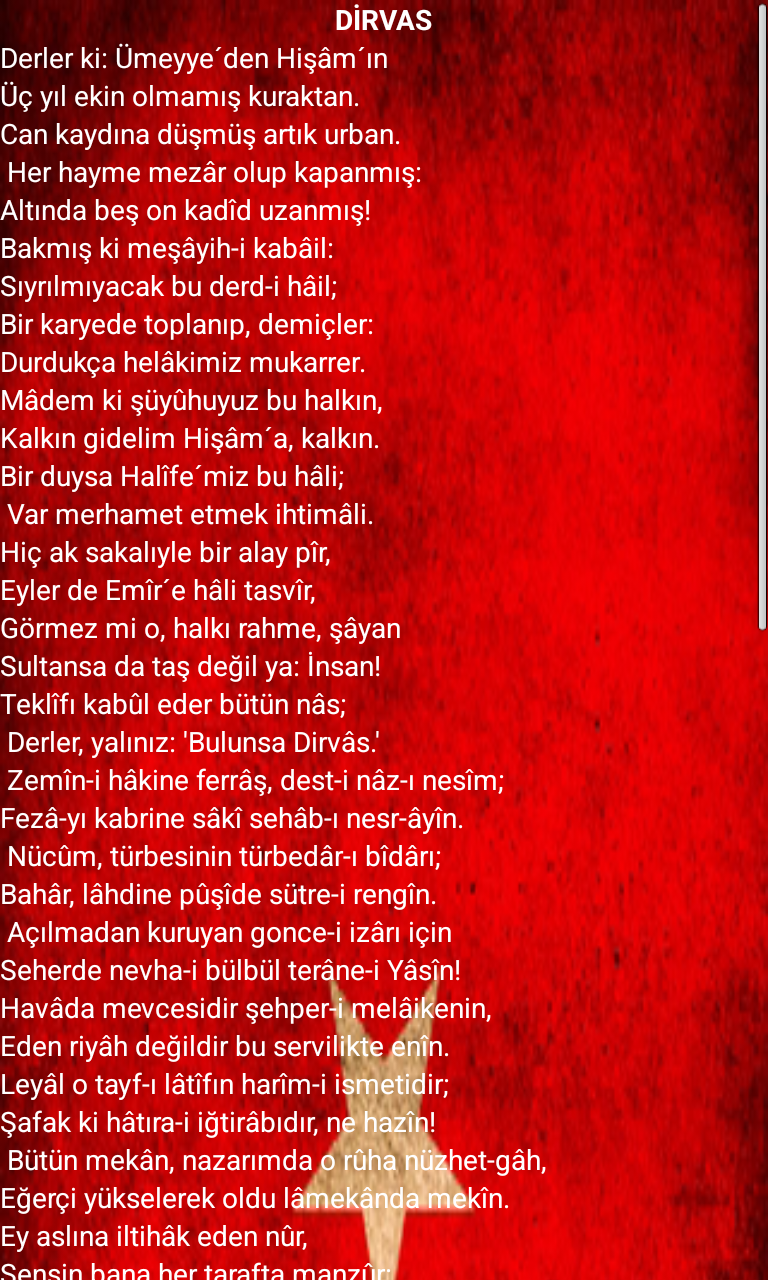
Repository: dokayazilim/Safahat-Android--Uygulamasi
Layout: safahat(android)/Safahat/res/layout/kitap25.xml
The author's editor kept a copy of each file at every save. The layout is drawn from the files as they stood at one save, then again after the next save.
It is drawn on a 768 x 1280 px phone screen (xhdpi) without system bars, with theme android:Theme; the app's code is not run.

Above is the layout before, as saved 2012-09-07 11:54:40.

After the next save:
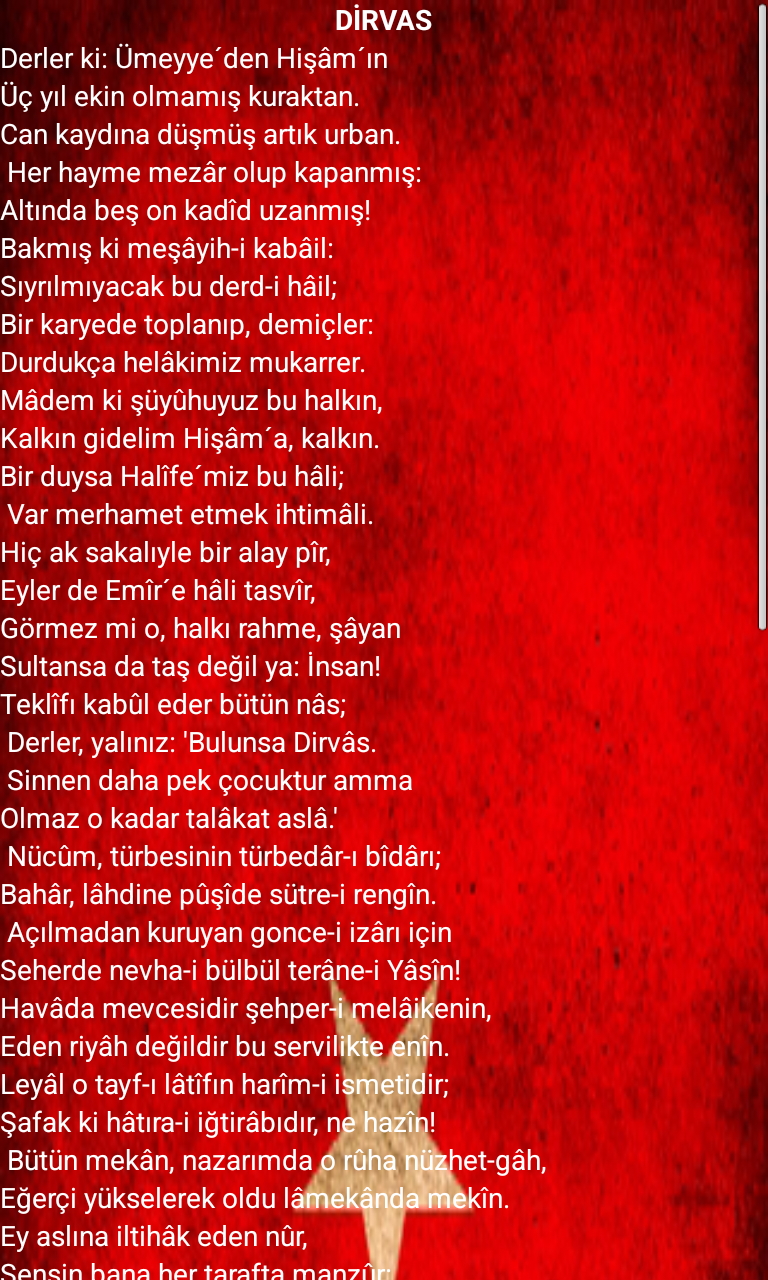
Saved 25 s later.
--- a/safahat(android)/Safahat/res/layout/kitap25.xml
+++ b/safahat(android)/Safahat/res/layout/kitap25.xml
@@ -120,7 +120,7 @@ Var merhamet etmek ihtimâli.
         android:layout_width="wrap_content"
         android:layout_height="wrap_content"
         android:text="
-Derler, yalınız: 'Bulunsa Dirvâs.'
+Derler, yalınız: 'Bulunsa Dirvâs.
 
   " android:textColor="#ffffff" />
 <TextView
@@ -128,13 +128,13 @@ Derler, yalınız: 'Bulunsa Dirvâs.'
         android:layout_width="wrap_content"
         android:layout_height="wrap_content"
         android:text="
-Zemîn-i hâkine ferrâş, dest-i nâz-ı nesîm;
+Sinnen daha pek çocuktur amma
   " android:textColor="#ffffff" />
 <TextView
         android:id="@+id/textView22"
         android:layout_width="wrap_content"
         android:layout_height="wrap_content"
-        android:text="Fezâ-yı kabrine sâkî sehâb-ı nesr-âyîn. " android:textColor="#ffffff"/>
+        android:text="Olmaz o kadar talâkat aslâ.'   " android:textColor="#ffffff"/>
 <TextView
         android:id="@+id/textView23"
         android:layout_width="wrap_content"
